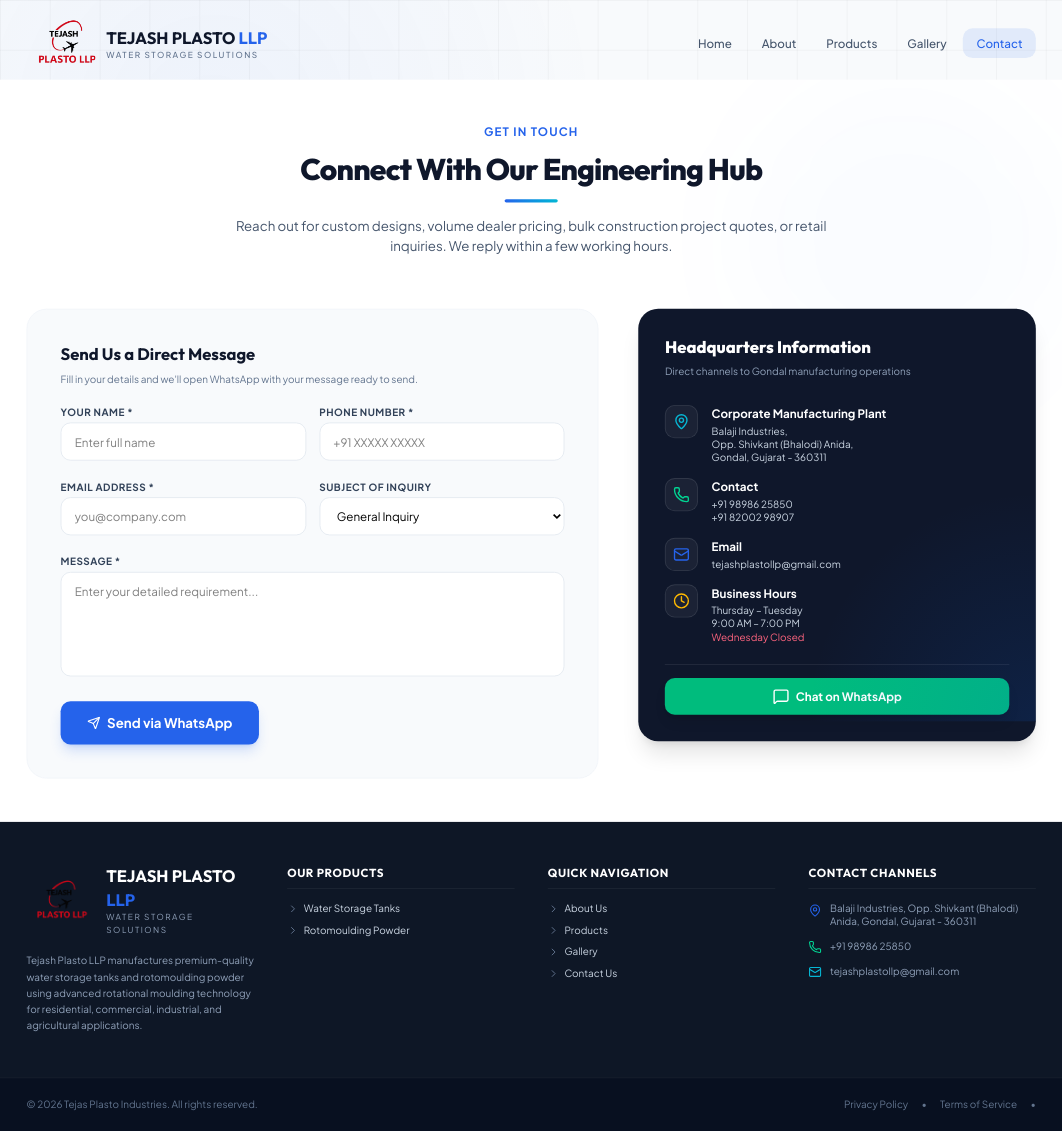
Repository: NikunjRajpara/TejasPlasto
Page: /contact
The author's editor kept a copy of each file at every save. The page is drawn from the files as they stood at one save, then again after the next save.
The browser window is 1280 px wide. The pictures show the whole page, at 83% of full size.
The project was rebuilt for these pictures with package versions that can differ from the ones it lists, and the page was loaded fresh each time. Also part of the build but not shown: vite.config.js, src/components/Hero.jsx, src/data.js, src/components/CompanyOverview.jsx, src/components/ProductCategories.jsx, src/components/WhyChooseUs.jsx, src/components/ManufacturingProcess.jsx, src/components/Testimonials.jsx and 6 more.

Above is the page before, as saved 2026-07-09 18:10:39.

After the next save:
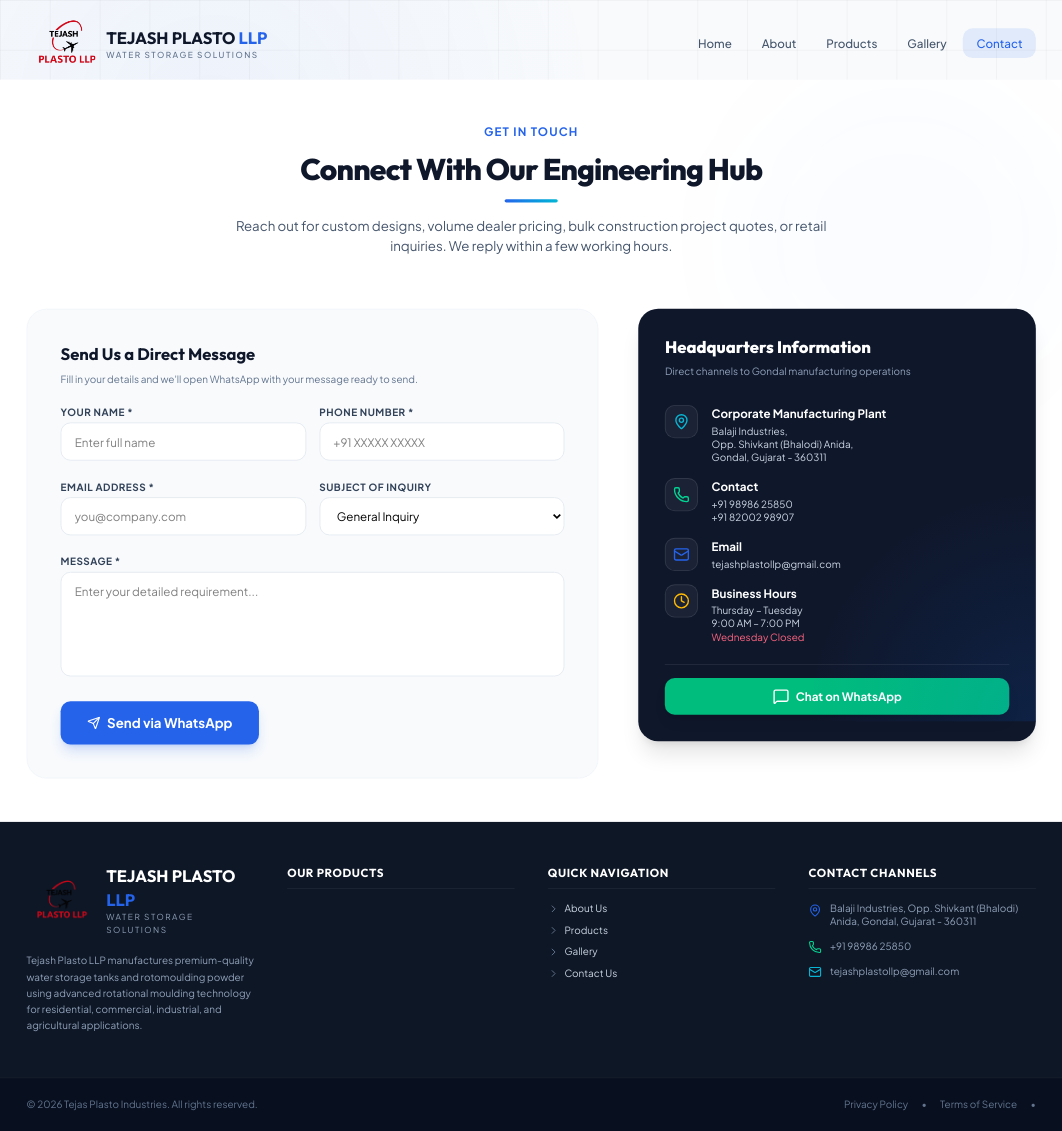
Saved 80 s later.
--- a/src/components/Footer.jsx
+++ b/src/components/Footer.jsx
@@ -60,12 +60,11 @@
 						<ul className="space-y-2.5 text-xs">
 							{productLinks.map((link, idx) => (
 								<li key={`${link.name}-${idx}`}>
-									<a
-										href={link.href}
+									<NavLink
+										to={link.path}
 										className="hover:text-primary transition-colors flex items-center gap-1.5"
 									>
-										<ChevronRight className="w-3.5 h-3.5 text-slate-500" /> {link.name}
-									</a>
+									</NavLink>
 								</li>
 							))}
 						</ul>
